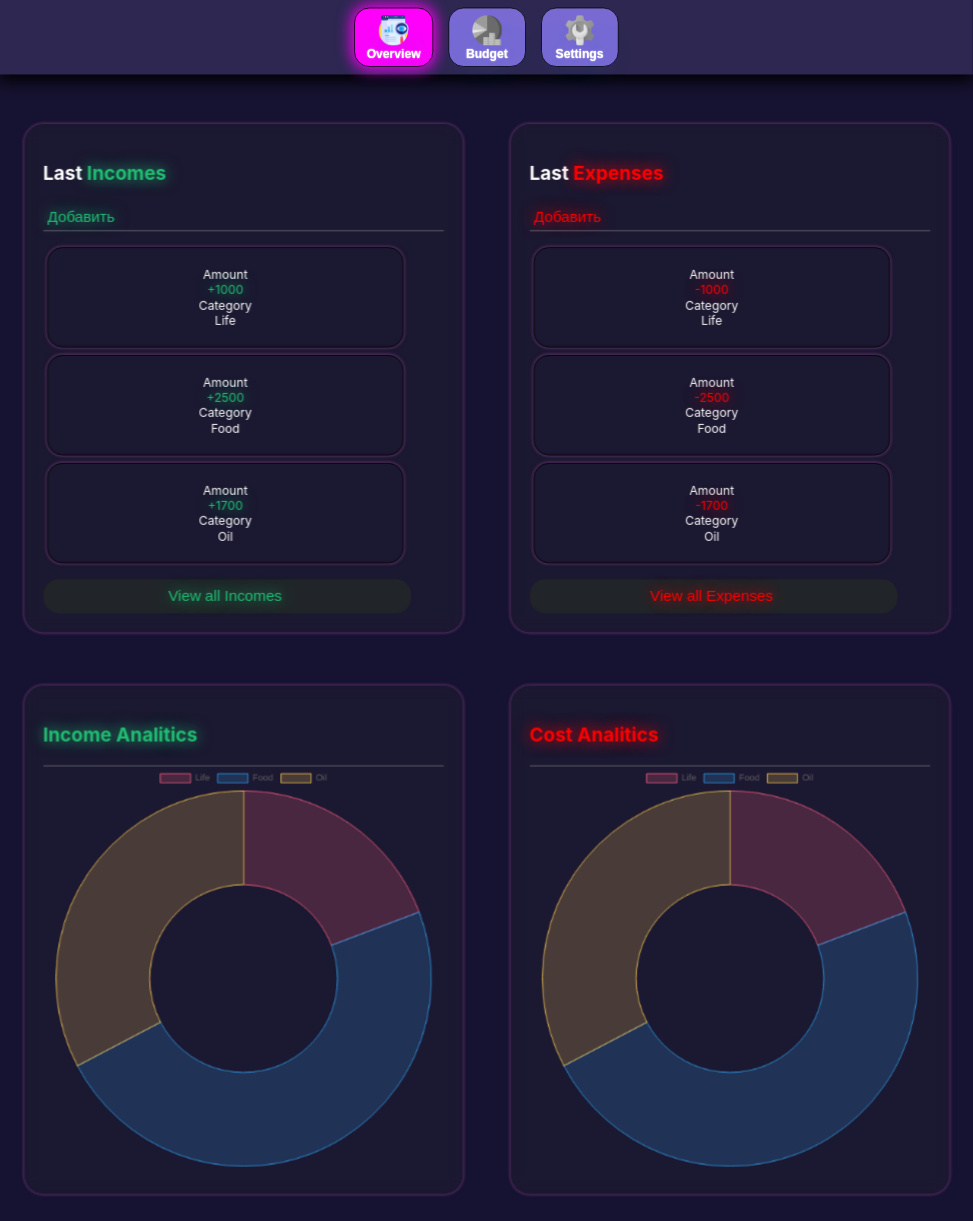
Repository: Minkeani/Money-Manager
Page: /Overview
The author's editor kept a copy of each file at every save. The page is drawn from the files as they stood at one save, then again after the next save.
The browser window is 1280 px wide. The pictures show the whole page, at 76% of full size.
The project was rebuilt for these pictures with package versions that can differ from the ones it lists, and the page was loaded fresh each time. Also part of the build but not shown: src/components/Budget/Budget.module.css, src/components/Budget/Budget.jsx, src/components/Add/Add.module.css, src/components/Add/Add.jsx, src/components/Settings/Settings.jsx, src/components/NotFound/NotFound.module.css, src/components/NotFound/NotFound.jsx.

Above is the page before, as saved 2022-07-21 20:17:36.

### src/index.js
import React from 'react';
import ReactDOM from 'react-dom/client';
import './styles/index.css'
import App from './App';

const root = ReactDOM.createRoot(document.getElementById('root'));
root.render(
    <App />
);

### src/styles/index.css
:root {
  --color-theme: #161231;
	--color-white: #fff;
	--color-black: #000;
	--color-dark-gray: #10100e;
	--color-yellow: #ffff00;
	--color-blue: #6884fb;
	--color-red: #f75d83;
	--font-bold: 600;
	--color-violet: #ae72c2;
	--text-shadow-yellow:
		0 0 2px var(--color-white),
		0 0 40px var(--color-blue);

	--spacing-medium: 20px;

	--spacing-small: 10px;

	--spacing-ultra-small: 5px;

	--spacing-large: 30px;

	--font-family-main: sans-serif;

	--border-radius-small: 3px;

	--border-radius-medium: 5px;

	--margin-list: 7px;

	--font-size-main: 16px;

	--font-size-header: 26px;

	--font-size-subheader: 18px;

	/* Theme */
	--theme-light-header: #dfe2df;

	--theme-dark-header: #ca6ca6;

	--theme-neitral-header: #cccc46;

	--theme-default-header: var(--theme-neitral-header);

	--transition: .4s;

	--theme-light-bg-img: linear-gradient(to top, #b7b7b7, #a396b0, #9a72a0, #984986, #960062);

	--theme-dark-bg-img:  linear-gradient(to top, #6a2b60, #532143, #3b192b, #221118, #000000);

	--width-max: 1200px

}
body {
  margin: 0;
	padding: 0;
	background-color: var(--color-theme);
  font-family: -apple-system, BlinkMacSystemFont, 'Segoe UI', 'Roboto', 'Oxygen',
    'Ubuntu', 'Cantarell', 'Fira Sans', 'Droid Sans', 'Helvetica Neue',
    sans-serif;
  -webkit-font-smoothing: antialiased;
  -moz-osx-font-smoothing: grayscale;
}

code {
  font-family: source-code-pro, Menlo, Monaco, Consolas, 'Courier New',
    monospace;
}

### src/App.js
import styles from './App.module.css';
import Header from './components/Header/Header';
import RoutesConfig from './routes/RoutesConfig';
import { Routes, Route, BrowserRouter, Router } from 'react-router-dom';

function App() {
  return (
    <div className={styles.App}>
      <BrowserRouter>
        <div className={styles.wrapper}>
          <Header/>
            <Routes>
              {RoutesConfig.map((route, index) => (
                <Route
                  key={index}
                  exact={route.exact}
                  element={<route.element/>}
                  path={route.path}
                />
              ))}
            </Routes>
        </div>
      </BrowserRouter>
    </div>
  );
}

export default App;

### src/App.module.css
.App {
  text-align: center;
  display: flex;
  justify-content: center;
  align-items: center;
  margin: 0 auto;
}

.App-logo {
  height: 40vmin;
  pointer-events: none;
}

.wrapper {
  width: 100%;
}

@media (prefers-reduced-motion: no-preference) {
  .App-logo {
    animation: App-logo-spin infinite 20s linear;
  }
}

.App-header {
  background-color: #282c34;
  min-height: 100vh;
  display: flex;
  flex-direction: column;
  align-items: center;
  justify-content: center;
  font-size: calc(10px + 2vmin);
  color: white;
}

.App-link {
  color: #61dafb;
}

@keyframes App-logo-spin {
  from {
    transform: rotate(0deg);
  }
  to {
    transform: rotate(360deg);
  }
}

### src/components/Header/Header.jsx
import React, {useState} from 'react'
import styles from './Header.module.scss'
import { Link } from 'react-router-dom';
import Budget from '../../icons/budget.svg'
import overview from '../../icons/Overview.svg'
import settings from '../../icons/settings.svg'
import { motion } from "framer-motion";


export default function Header() {
  const [active, setActive] = useState(1)

  const HeaderAnimation = {
    hidden: {
      y: 100,
      opacity: 0
    },
    visible: custom => ({
      y: 0,
      opacity: 1,
      transition: {delay: custom * 0.2}
    })
  };


  return (
    <motion.div
      initial="hidden"
      whileInView="visible"
      viewport={{ amount: 0.3, once: true }}
      variants={HeaderAnimation}
      className={styles.container}>
    <ul className={styles.list__container}>
        <li
          onClick={() => setActive(1)}
          className={active === 1 ? styles.active : ''}
        >
            <Link to='/Overview' exact='true' >
                 <img src={overview} alt="" />
                Overview</Link>
        </li>
        <li
          onClick={() => setActive(2)}
          className={active === 2 ? styles.active : ''}
          >
            <Link to='/Budget' exact='true' >
               <img src={Budget} alt="" />
              Budget</Link></li>
        <li
           onClick={() => setActive(3)}
           className={active === 3 ? styles.active : ''}
          >
            <Link to="/Settings" exact='true'>
              <img src={settings} alt="" />
              Settings</Link></li>
    </ul>

    </motion.div>
  )
}

### src/routes/RoutesConfig.js
import Budget from "../components/Budget/Budget"
import Overview from "../components/Overview/Overview"
import Settings from "../components/Settings/Settings"
import NotFound from "../components/NotFound/NotFound"

const RoutesConfig = [
    {
        path: '/Budget',
        exact: true,
        element: Budget
    },
    {
        path: '/Overview',
        exact: true,
        element: Overview
    },
    {
        path: '/Settings',
        exact: true,
        element: Settings
    }, {
        path: '/NotFound',
        exact: true,
        element: NotFound
    },

]

export default RoutesConfig

### src/components/Header/Header.module.scss
.container {
    display: flex;
    align-items: center;
    justify-content: center;
    margin-bottom: var(--spacing-large);
    background-color: #2d2751;
    width: 100%;
    box-shadow: 0px 7px 20px 2px ;
}
.list__container {
    display: flex;
    flex-wrap: wrap;
    margin: 0;
    padding: 0;
    list-style-type: none;
}

.list__container li {
    background-color: #7869d3;
    flex-direction: column;
    border: 1px solid black;
    margin: 10px;
    border-radius: 20px;
    cursor: pointer
}

.list__container li:hover {
    background-color: #dd6edb;

}



.list__container a {
    display: flex;
    align-items: center;
    flex-direction: column;
    margin: 0 10px;
    padding: 5px 3px;
    min-width: 70px;
    border: 2px solid transparent;
    border-radius: var(--border-radius-small);
    color: var(--color-white);
    text-align: center;
    font-family: var(--font-family-main);
    text-decoration: none;
    font-weight: var(--font-bold);
    text-shadow: var(--text-shadow-yellow);
    transition: var(--transition);
}

.list__container .active {
    background-color: #ff00fa;
    box-shadow: 0 0 20px 3px #ff00fa;
     img {
        filter: grayscale(0);
    }

}



.list__container img {
    height: 2.5rem;
    margin: 0.1375rem;
    width: 2.5rem;
    filter: grayscale(1);
}
.list__container :global(a.active) {
    border: 2px solid var(--color-violet);
    color: var(--color-violet);
    text-shadow: none;
}

.logo {
    width: 60px;
    height: 60px;
    margin-right: var(--spacing-large);
    object-fit: cover;
    object-position: center center;
}

@media (max-width: 365px) {
    .list__container a {
        min-width: 65px;
    }
  }

### src/components/Overview/Overview.jsx
import React, {useState} from 'react'
import OverviewBlock from '../OverviewBlocks/OverviewBlock/OverviewBlock'
import styles from './Overview.module.css'
import Charts from '../OverviewBlocks/OverviewCharts/Charts'
import { render } from '@testing-library/react'

export default function Overview() {

const [data, setData] = useState([ {
  labels: ['Life', 'Food', 'Oil'],
  type: 'Incomes',
  Analitic: 'Income',
  sign: '+',
  classes: 'money',
  datasets: [
    {
      label: '# of Votes',
      data: [1000, 2500, 1700],
      backgroundColor: [
        'rgba(255, 99, 132, 0.2)',
        'rgba(54, 162, 235, 0.2)',
        'rgba(255, 206, 86, 0.2)',
        'rgba(75, 192, 192, 0.2)',
        'rgba(153, 102, 255, 0.2)',
        'rgba(255, 159, 64, 0.2)',
      ],
      borderColor: [
        'rgba(255, 99, 132, 1)',
        'rgba(54, 162, 235, 1)',
        'rgba(255, 206, 86, 1)',
        'rgba(75, 192, 192, 1)',
        'rgba(153, 102, 255, 1)',
        'rgba(255, 159, 64, 1)',
      ],
      borderWidth: 1,
    },
  ],
},
{
  labels: ['Life', 'Food', 'Oil'],
  type: 'Expenses',
  Analitic: 'Сost',
  sign: '-',
  classes: 'Remoney',
  datasets: [
    {
      label: '# of Votes',
      data: [1000, 2500, 1700],
      backgroundColor: [
        'rgba(255, 99, 132, 0.2)',
        'rgba(54, 162, 235, 0.2)',
        'rgba(255, 206, 86, 0.2)',
        'rgba(75, 192, 192, 0.2)',
        'rgba(153, 102, 255, 0.2)',
        'rgba(255, 159, 64, 0.2)',
      ],
      borderColor: [
        'rgba(255, 99, 132, 1)',
        'rgba(54, 162, 235, 1)',
        'rgba(255, 206, 86, 1)',
        'rgba(75, 192, 192, 1)',
        'rgba(153, 102, 255, 1)',
        'rgba(255, 159, 64, 1)',
      ],
      borderWidth: 1,
    },
  ],
}
])




console.log(data);
  return (
    <div className={styles.container}>
      <OverviewBlock data={data}/>
      <Charts data={data}/>
    </div>
  )
}

### src/components/OverviewBlocks/OverviewBlock/OverviewBlock.jsx
import React, {useState} from 'react';
import styles from './Overview.module.css'
import Modal from '../../Modal/Modal';

const OverviewBlock = ({data}) => {

    const [modalActive, setModalActive] = useState(false);
    const [type, setType] = useState('');
    const [typeData, setTypeData] = useState('')

    function typeOfModal(type) {
        setModalActive(true)
        setType(type)
    }

    function Add(type) {
        typeOfModal('Add')
        setTypeData(type)
    }

    console.log(data[0].datasets[0].data[data[0].labels.indexOf('Life')]);

    return (
        <>
            {data.map(({type, sign, classes, datasets, labels}) => (
                    <div className={styles.container}>
                            <h3 className={styles.title}>Last <span className={classes === 'money' ? styles.money : styles.Remoney}>{type}</span></h3>
                            <button
                                 onClick={() => Add(type)}
                                 className={classes === 'money' ? styles.money : styles.Remoney}>
                                    Добавить
                            </button>

                        <div className={styles.dilivar}></div>
                            <ul className={styles.list}>
                                    {datasets.map(({data}) => (
                                        data.map((money) => (
                                        <li><div className={styles.listCont}> Amount<span className={classes === 'money' ? styles.money : styles.Remoney}>{sign}{money}</span> Category <span>{labels[data.indexOf(money)]}</span></div></li>
                                        ))
                                    ))}
                            </ul>
                            <div className={styles.All}>
                                <button
                                    onClick={() => typeOfModal('View')}
                                    className={classes === 'money' ? styles.money : styles.Remoney}>View all {type}
                                </button>
                            </div>
                        </div>
            )
            )}
            <Modal active={modalActive} data={data} setActive={setModalActive} type={type} typeData={typeData}>
                children={"1"}
            </Modal>

        </>
    );
}

export default OverviewBlock;

### src/components/Overview/Overview.module.css
.container {
    display: grid;
    grid-template-columns: 1fr 1fr;
    grid-template-rows: 1fr 1fr;
    padding: 10px;
    gap: 20px 20px;
    justify-items: center;
}

@media (max-width: 900px) {
    .container  {
        grid-template-columns: 1fr;
        grid-template-rows: 1fr 1fr;
    }
  }

### src/components/OverviewBlocks/OverviewCharts/Charts.jsx
import React, {useEffect} from 'react'
import styles from '../OverviewBlock/Overview.module.css'
import { Chart as ChartJS, ArcElement, Tooltip, Legend } from 'chart.js';
import { Doughnut } from 'react-chartjs-2';

ChartJS.register(ArcElement, Tooltip, Legend);


export default function Charts({data}) {


  return (
    <>
        {data.map( (item) => (
            <div className={styles.container}>
                <h3 className={styles.title}><span className={item.classes === 'money' ? styles.money : styles.Remoney}>{item.Analitic} Analitics</span></h3>
                <div className={styles.dilivar}></div>
                <Doughnut data={item} />
            </div>
        ))}

    </>
  )
}

### src/components/OverviewBlocks/OverviewBlock/Overview.module.css
.container {
    display: flex;
    flex-direction: column;
    align-items: start;
    overflow-y: auto;
    border-radius: 1.5625rem;
    width: 85%;
    padding: 25px;
    margin: 25px;
    background: rgba(50, 50, 50, 0.2);
    backdrop-filter: blur(10px);
    box-shadow: 0 0 5px 0px #8e4a8e;
    color: white;
}

.container button {
    font-size: 1.25rem;
    background: transparent;
    border: none;
    margin: 5px 5px 5px 0px;
    cursor: pointer;
    transition: 0.3s;
}

.container button:hover {
    text-shadow: 0 0 20px  #ff00fa;
    color: #ff00fa
}

.title {
    color: #fff;
    font-size: 1.5625rem;
}

.dilivar {
    background-color: #707175;
    height: 1px;
    width: 100%;
}

.money {
    color: #21bf73;
    text-shadow: 0 0 20px #21bf73;
}

.Remoney {
    color: red;
    text-shadow: 0 0 20px red;
}

.list {
    list-style-type: none;
    padding: 0;
    width: 90%;

}

.list li{
    padding: 5px;
}

.listCont {
    padding: 25px;
    display: flex;
    flex-direction: column;
    border: 1px solid black;
    box-shadow: 0 0 5px 0px #8e4a8e;
    width: 90%;
    border-radius: 20px
}

.All {
    padding: 5px;
    background: #212529;
    display: flex;
    align-items: center;
    justify-content: center;
    width: 90%;
    font-size: 25px;
    border-radius: 20px

}

.All:hover {
    text-shadow: 0 0 20px  #ff00fa;
    color: #ff00fa;
}

### src/components/Modal/Modal.jsx
import React from 'react'
import  './Modal.css'
import Add from '../Add/Add';
import View from '../View/View';

const Modal = function ({data, active, setActive, children, type, typeData}) {


    return (
      <div
        className={active ? "modal active" : "modal"}
        onClick={() => setActive(false)}
      >
        <div
          className="modal__content"
          onClick={(e) => e.stopPropagation()}
        >
        {type === 'Add'
             ?  <Add data={data} setActive={setActive} typeData={typeData}/>
             : <View/>
        }


        </div>
      </div>
    );
  };

  export default Modal;

### src/components/Modal/Modal.css
.modal {
    height: 100vh;
    width: 100vw;
    background-color: rgba(0, 0, 0, 0.5);
    position: fixed;
    top: 0;
    left: 0;
    display: flex;
    align-items: center;
    justify-content: center;
    opacity: 0;
    pointer-events: none;
    transition: 0.5s;
    z-index: 1000;
  }

  .modal.active {
    opacity: 1;
    pointer-events: all;
    /* transform: scale(1); */
  }

  .modal__content {
    display: flex;
    flex-direction: column;
    align-items: center;
    padding: 25px;
    margin: 25px;
    background-color: rgba(50, 50, 50, 0.2);
    -webkit-backdrop-filter: blur(10px);
    backdrop-filter: blur(10px);
    padding: 20px;
    box-shadow: 0 0 5px 0px #8e4a8e;
    border-radius: 12px;
    width: 400px;
    height: 400px;
    transform: scale(0.5);
    transition: 0.4s all;
  }

  .modal__content.active {
    transform: scale(1);
  }

### src/components/View/View.jsx
import React from 'react'
import './View.css'

export default function View() {
  return (
    <div>

    </div>
  )
}

Loaded but not shown: public/index.html (common file); src/components/View/View.css (no stored copy; drawn as an empty file)

After the next save:
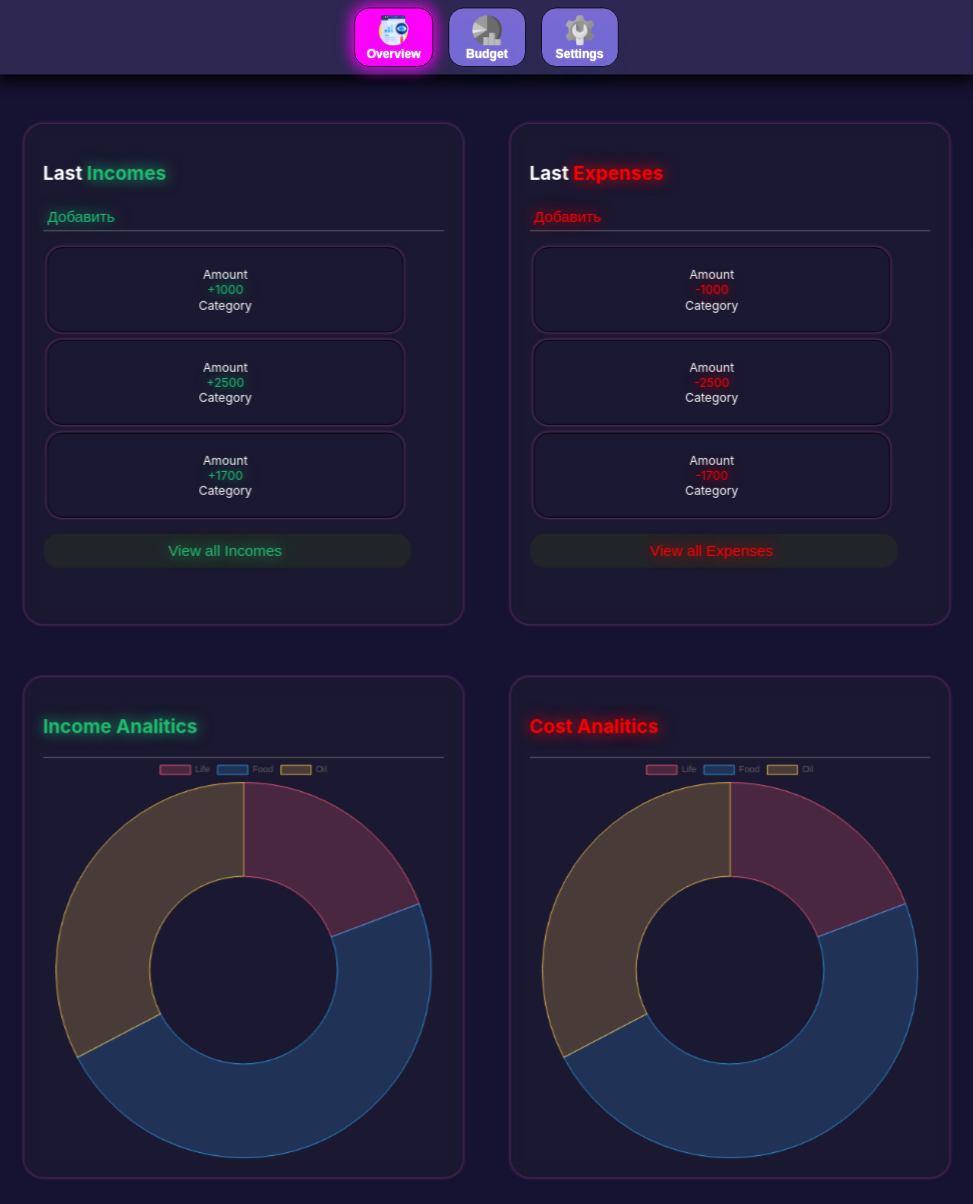
Saved 2 min 8 s later.
--- a/src/components/OverviewBlocks/OverviewBlock/OverviewBlock.jsx
+++ b/src/components/OverviewBlocks/OverviewBlock/OverviewBlock.jsx
@@ -18,6 +18,10 @@
         setTypeData(type)
     }
 
+    function CorrectData() {
+        // labels[data.indexOf(money)]
+    }
+
     console.log(data[0].datasets[0].data[data[0].labels.indexOf('Life')]);
 
     return (
@@ -35,7 +39,7 @@
                             <ul className={styles.list}>
                                     {datasets.map(({data}) => (
                                         data.map((money) => (
-                                        <li><div className={styles.listCont}> Amount<span className={classes === 'money' ? styles.money : styles.Remoney}>{sign}{money}</span> Category <span>{labels[data.indexOf(money)]}</span></div></li>
+                                        <li><div className={styles.listCont}> Amount<span className={classes === 'money' ? styles.money : styles.Remoney}>{sign}{money}</span> Category <span>{CorrectData}</span></div></li>
                                         ))
                                     ))}
                             </ul>

After the 5 saves that followed:
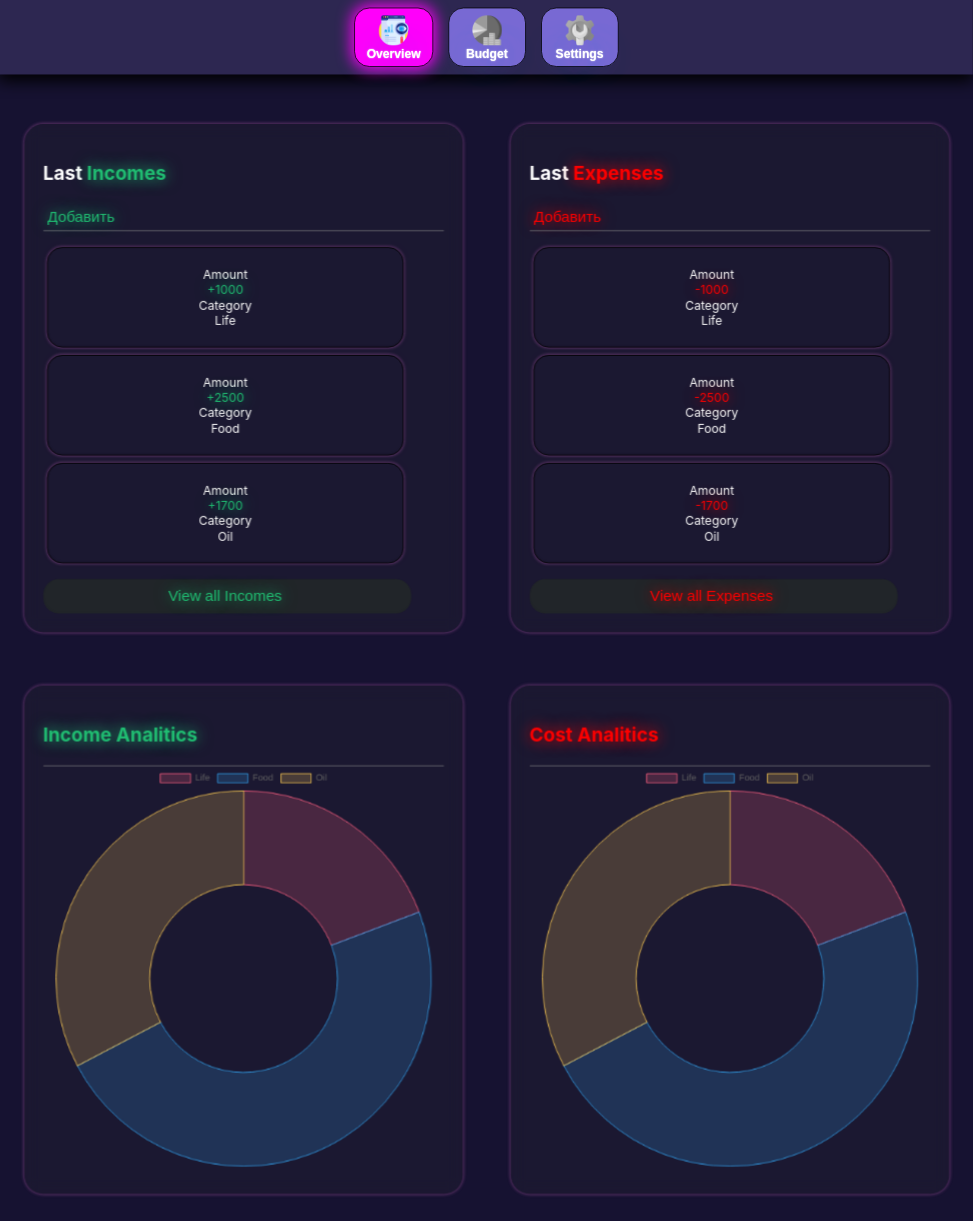
The 5 saves are shown as one change because 2 did not build or start and 2 left the picture as it was.
The last was saved 13 min 14 s later.
--- a/src/components/OverviewBlocks/OverviewBlock/OverviewBlock.jsx
+++ b/src/components/OverviewBlocks/OverviewBlock/OverviewBlock.jsx
@@ -19,10 +19,11 @@
     }
 
     function CorrectData() {
-        // labels[data.indexOf(money)]
+        labels[data.indexOf(money)]
+    //   return  data[0].datasets[0].data[data[0].labels.indexOf(labels[data.indexOf(money)])]
     }
 
-    console.log(data[0].datasets[0].data[data[0].labels.indexOf('Life')]);
+    console.log();
 
     return (
         <>
@@ -39,7 +40,7 @@
                             <ul className={styles.list}>
                                     {datasets.map(({data}) => (
                                         data.map((money) => (
-                                        <li><div className={styles.listCont}> Amount<span className={classes === 'money' ? styles.money : styles.Remoney}>{sign}{money}</span> Category <span>{CorrectData}</span></div></li>
+                                        <li><div className={styles.listCont}> Amount<span className={classes === 'money' ? styles.money : styles.Remoney}>{sign}{money}</span> Category <span>{labels[data.indexOf(money)]}</span></div></li>
                                         ))
                                     ))}
                             </ul>
